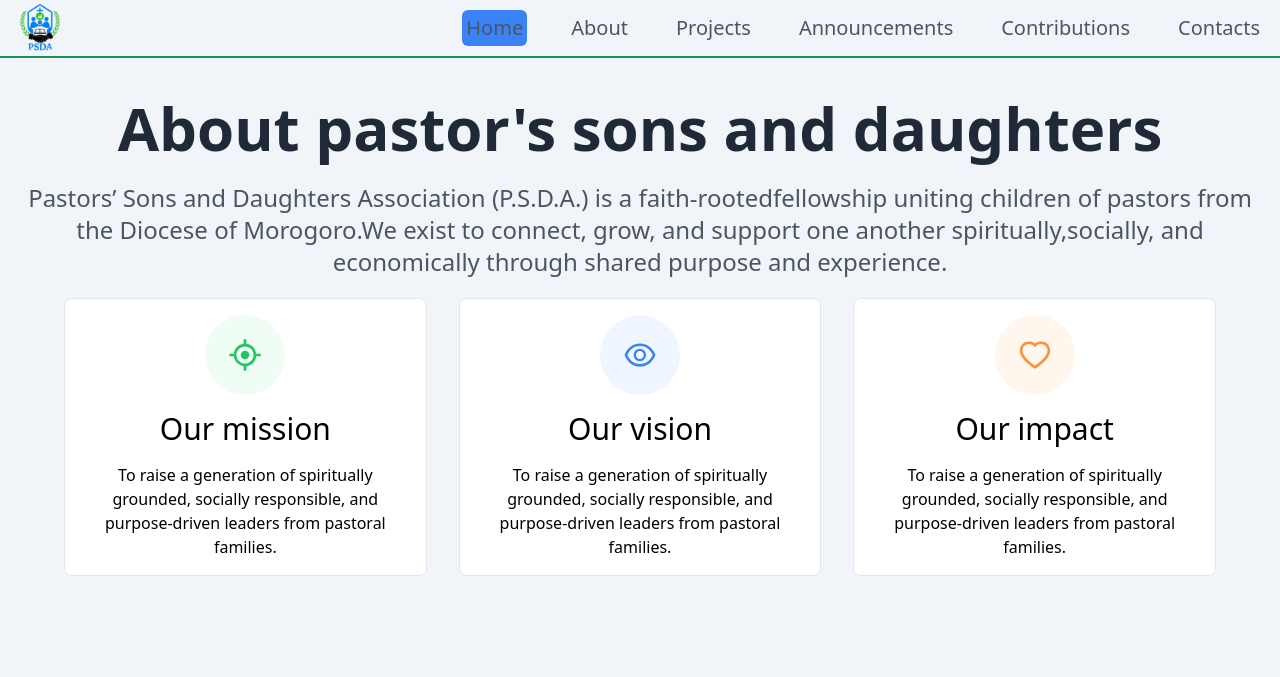
Repository: Zedestar/psda
Page: /about
These files come from the project's save history. The page is drawn as it stood at one moment and after the next save; the edit follows.
The browser window is 1280 px wide. The pictures show the whole page.
The project was rebuilt for these pictures with package versions that can differ from the ones it lists, and the page was loaded fresh each time. Also part of the build but not shown: src/pages/home/home.jsx, src/pages/projects/projects.jsx, src/pages/announcements/announcements.jsx, src/pages/contirbutions/contributions.jsx, src/pages/contacts/contacts.jsx.

Above is the page before, as saved 2025-07-18 20:22:16.

### src/index.js
import React from "react";
import ReactDOM from "react-dom/client";
import App from "./App";
import "./index.css";
import { BrowserRouter } from "react-router-dom";

const root = ReactDOM.createRoot(document.getElementById("root"));
root.render(
  <BrowserRouter>
    <React.StrictMode>
      <App />
    </React.StrictMode>
  </BrowserRouter>
);

### src/App.js
import { Route, Routes } from "react-router-dom";
import Header from "./components/header/header";
import Home from "./pages/home/home";
import AboutPage from "./pages/about/about";
import Projects from "./pages/projects/projects";
import Announcements from "./pages/announcements/announcements";
import Contributions from "./pages/contirbutions/contributions";
import Contacts from "./pages/contacts/contacts";

function App() {
  return (
    <div className="flex flex-col flex-center h-screen bg-slate-100">
      <Header />
      <Routes>
        <Route path="/" element={<Home />} />
        <Route path="/about" element={<AboutPage />} />
        <Route path="/projects" element={<Projects />} />
        <Route path="/announcements" element={<Announcements />} />
        <Route path="/contributions" element={<Contributions />} />
        <Route path="/contact" element={<Contacts />} />
      </Routes>
    </div>
  );
}

export default App;

### src/components/header/header.jsx
import { useState } from "react";
import headerData from "./header-data";
import HeaderItem from "./header-item";
import psdaImage from "../../assets/images/psdaImage.png";

function Header() {
  const [active, setActive] = useState(1);
  return (
    <header className="flex items-center justify-between px-4 py-1 border-b-2 border-b-psdaGreen">
      <div className="text-3xl rounded-full overflow-hidden">
        <img className="h-12 w-12" src={psdaImage} alt="" />
      </div>{" "}
      <ul className="hidden lg:flex justify-center space-x-10 flex-center">
        {headerData.map((item) => (
          <HeaderItem
            key={item.id}
            item={item}
            active={active}
            setActive={setActive}
          />
        ))}
      </ul>
      <ul className="lg:hidden">
        <li>miaaa</li>
        <li>miaaa</li>
        <li>miaaa</li>
        <li>miaaa</li>
        <li>miaaa</li>
      </ul>
    </header>
  );
}

export default Header;

### src/pages/about/about.jsx
import aboutUsData from "./about-us-data";
import mission_vission_impact_data from "./mission-vission-impact";

function AboutPage() {
  return (
    <div className="w-full h-full py-5 max-w-screen-2xl flex flex-col items-center">
      <div className="flex flex-col m-5 space-y-6">
        <p className="text-center text-6xl font-semibold text-gray-800">
          About pastor's sons and daughters
        </p>
        <p className="text-center text-gray-600 text-2xl">{aboutUsData}</p>
      </div>
      <div className="flex flex-col lg:flex-row items-center justify-around mx-12">
        {mission_vission_impact_data.map((item) => (
          <div className="border flex flex-col justify-center mx-4 space-y-4 p-4 rounded-lg text-center max-w-lg hover:shadow-slate-800 bg-white">
            <div className="w-full flex items-center justify-center">
              <div
                className={`flex items-center justify-center rounded-full ${item.color} w-20 h-20`}
              >
                {item.icon}
              </div>
            </div>

            <p className="text-3xl">{item.title}</p>
            <p>{item.content}</p>
          </div>
        ))}
      </div>
    </div>
  );
}

export default AboutPage;

### src/components/header/header-data.js
const headerData = [
  {
    id: 1,
    content: "Home",
    link: "/",
  },
  {
    id: 2,
    content: "About",
    link: "/about",
  },
  {
    id: 3,
    content: "Projects",
    link: "/projects",
  },
  {
    id: 4,
    content: "Announcements",
    link: "/announcements",
  },
  {
    id: 5,
    content: "Contributions",
    link: "/contributions",
  },
  {
    id: 6,
    content: "Contacts",
    link: "/contact",
  },
];

export default headerData;

### src/components/header/header-item.jsx
import { Link } from "react-router-dom";

function HeaderItem({ item, active, setActive }) {
  console.log(active);
  return (
    <li
      className={`p-1 rounded-md text-xl text-gray-600 font-gray-100 hover:bg-gray-200 transition cursor-pointer ${
        item.id === active ? "bg-blue-500" : ""
      }`}
      onClick={() => setActive(item.id)}
    >
      <Link to={item.link}>{item.content}</Link>
    </li>
  );
}

export default HeaderItem;

### src/pages/about/about-us-data.js
const aboutUsData =
  "Pastors’ Sons and Daughters Association (P.S.D.A.) is a faith-rootedfellowship uniting children of pastors from the Diocese of Morogoro.We exist to connect, grow, and support one another spiritually,socially, and economically through shared purpose and experience.";

export default aboutUsData;

### src/pages/about/mission-vission-impact.js
import { AiOutlineAim, AiOutlineEye, AiOutlineHeart } from "react-icons/ai";

const mission_vission_impact_data = [
  {
    id: 1,
    title: "Our mission",
    content:
      "To raise a generation of spiritually grounded, socially responsible, and purpose-driven leaders from pastoral families.",
    icon: <AiOutlineAim className="text-4xl text-green-500" />,
    color: "bg-green-50",
  },
  {
    id: 2,
    title: "Our vision",
    content:
      "To raise a generation of spiritually grounded, socially responsible, and purpose-driven leaders from pastoral families.",
    icon: <AiOutlineEye className="text-4xl text-blue-500" />,
    color: "bg-blue-50",
  },
  {
    id: 3,
    title: "Our impact",
    content:
      "To raise a generation of spiritually grounded, socially responsible, and purpose-driven leaders from pastoral families.",
    icon: <AiOutlineHeart className="text-4xl text-orange-400" />,
    color: "bg-orange-50",
  },
];

export default mission_vission_impact_data;

### tailwind.config.js
/** @type {import('tailwindcss').Config} */
module.exports = {
  content: ["./src/**/*.{js,jsx,ts,tsx}"],
  theme: {
    extend: {
      colors: {
        psdaGreen: "#1A8F57",
      },
    },
  },
  plugins: [],
};

Loaded but not shown: public/index.html (common file); src/index.css (common file)

After the next save:
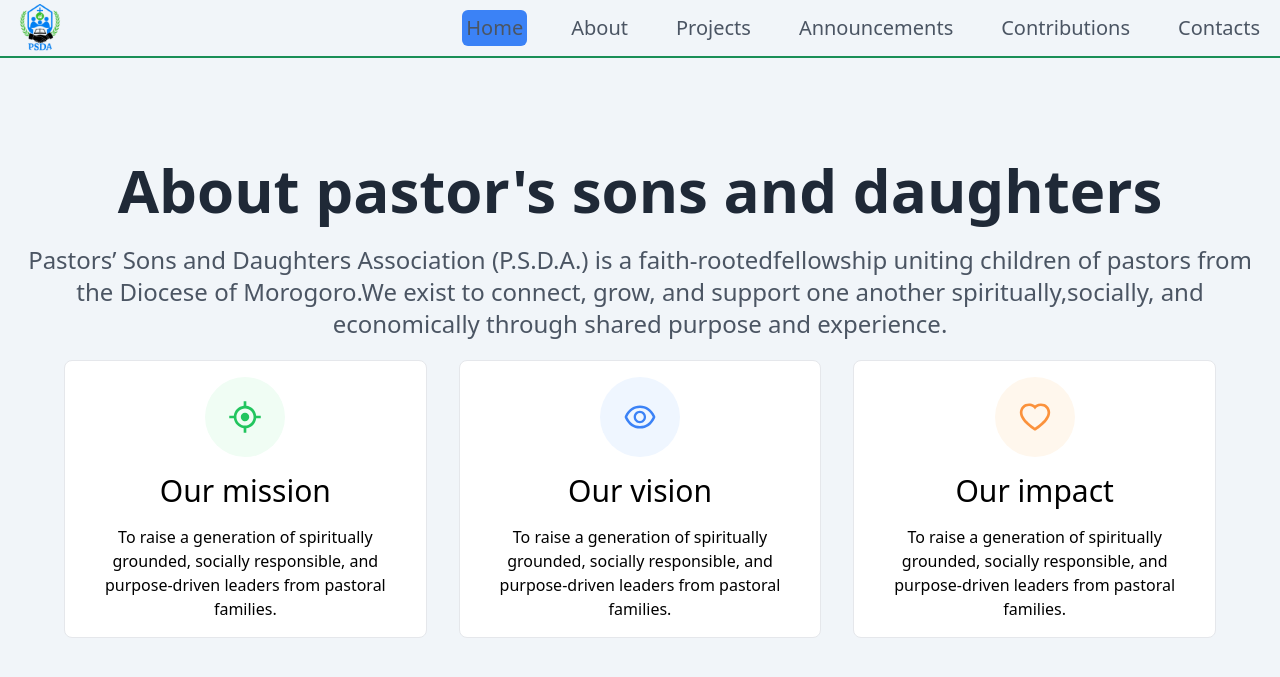
Saved 27 s later.
--- a/src/pages/about/about.jsx
+++ b/src/pages/about/about.jsx
@@ -3,7 +3,7 @@
 
 function AboutPage() {
   return (
-    <div className="w-full h-full py-5 max-w-screen-2xl flex flex-col items-center">
+    <div className="w-full h-full py-5 max-w-screen-2xl flex flex-col items-center justify-center">
       <div className="flex flex-col m-5 space-y-6">
         <p className="text-center text-6xl font-semibold text-gray-800">
           About pastor's sons and daughters

After the save that followed:
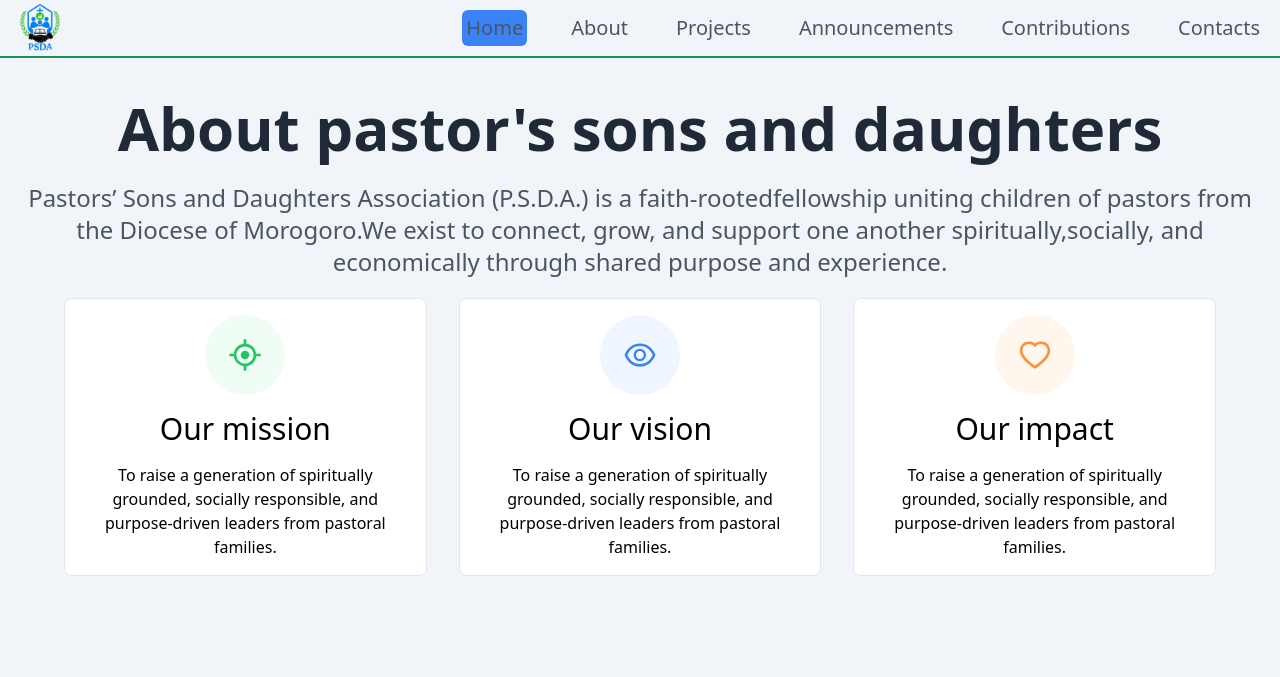
Saved 23 s later.
--- a/src/pages/about/about.jsx
+++ b/src/pages/about/about.jsx
@@ -3,7 +3,7 @@
 
 function AboutPage() {
   return (
-    <div className="w-full h-full py-5 max-w-screen-2xl flex flex-col items-center justify-center">
+    <div className="w-full h-full py-5 max-w-screen-2xl flex flex-col items-center">
       <div className="flex flex-col m-5 space-y-6">
         <p className="text-center text-6xl font-semibold text-gray-800">
           About pastor's sons and daughters
